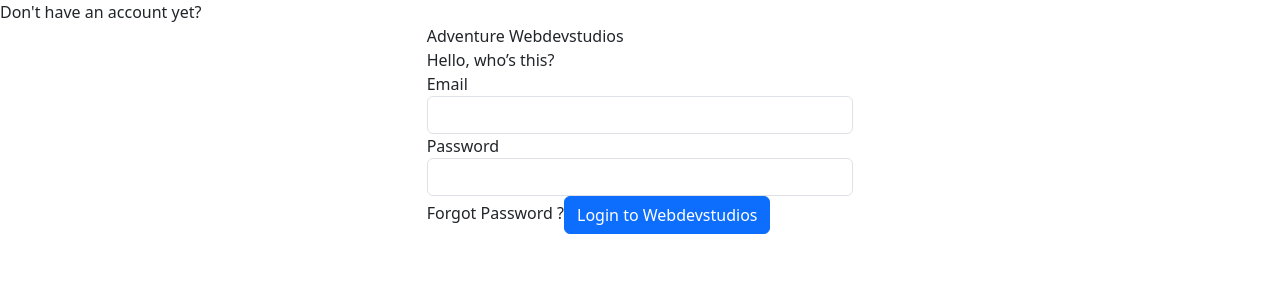
Repository: nnbxxx/React-Untimate
Page: /login
An editor plug-in stored every save of this project. The page is shown before and after the next save, followed by the edit.
The browser window is 1280 px wide. The pictures show the whole page.
The project was rebuilt for these pictures with package versions that can differ from the ones it lists, and the page was loaded fresh each time. Also part of the build but not shown: src/components/Header/header.js, src/App.js, src/components/User/User.js, src/components/Admin/SideBar.scss, src/components/Admin/SideBar.js, src/components/Admin/Admin.scss, src/components/Admin/Admin.js, src/components/Home/HomePage.js and 12 more. Imported but missing from the stored project, and not drawn on this page: src/assets/video-homepage.webm.

Above is the page before, as saved 2023-04-12 20:33:52.

After the next save:
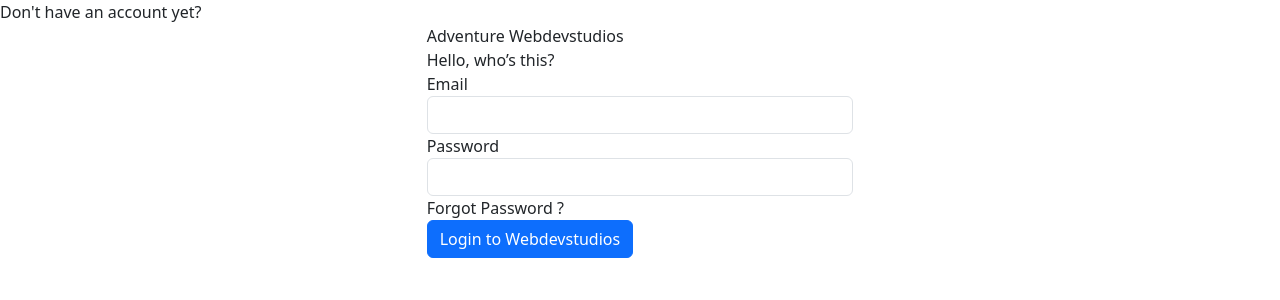
Saved 29 s later.
--- a/src/components/Auth/Login.js
+++ b/src/components/Auth/Login.js
@@ -16,7 +16,9 @@
           <input type='password' className='form-control' />
         </div>
         <span>Forgot Password ?</span>
-        <Button>Login to Webdevstudios</Button>
+        <div>
+          <Button>Login to Webdevstudios</Button>
+        </div>
       </div>
     </div>
   );
